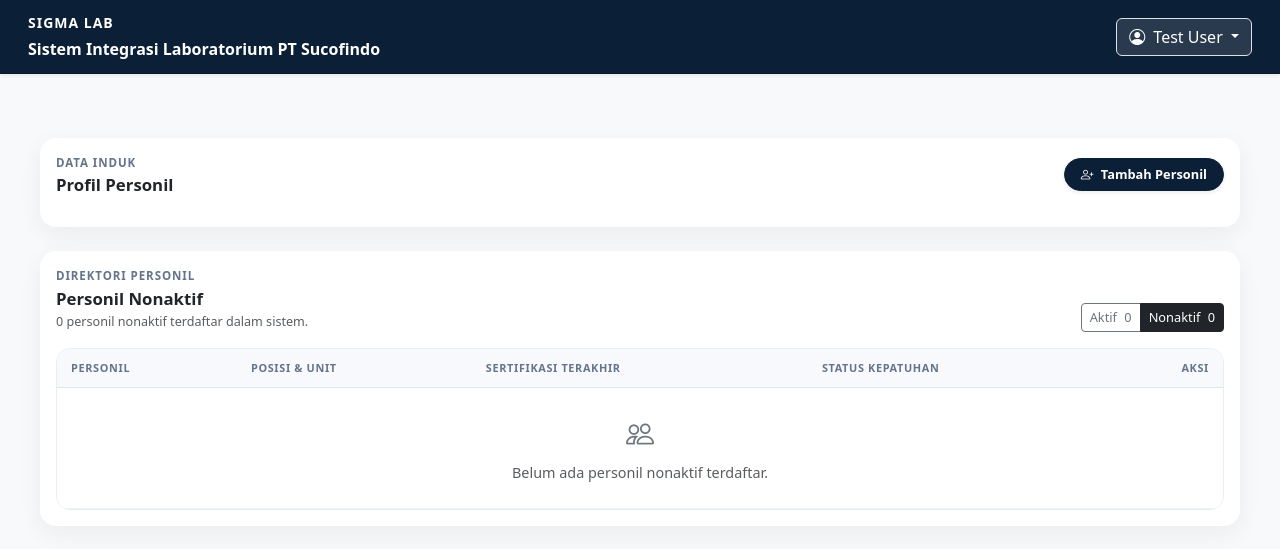
Repository: amelianeesa/sigmalab
Page: http://localhost/sdm?status=nonaktif
The author's editor kept a copy of each file at every save. The page is drawn from the files as they stood at one save, then again after the next save.
The browser window is 1280 px wide. The pictures show the whole page.
The page is served by the project's Laravel application, run on PHP 8.4 with Laravel 12. A made-up administrator, Test User (test@example.com), is signed in. Queries for data that is not in the repository find no rows.

Above is the page before, as saved 2026-08-06 13:11:27.

After the next save:
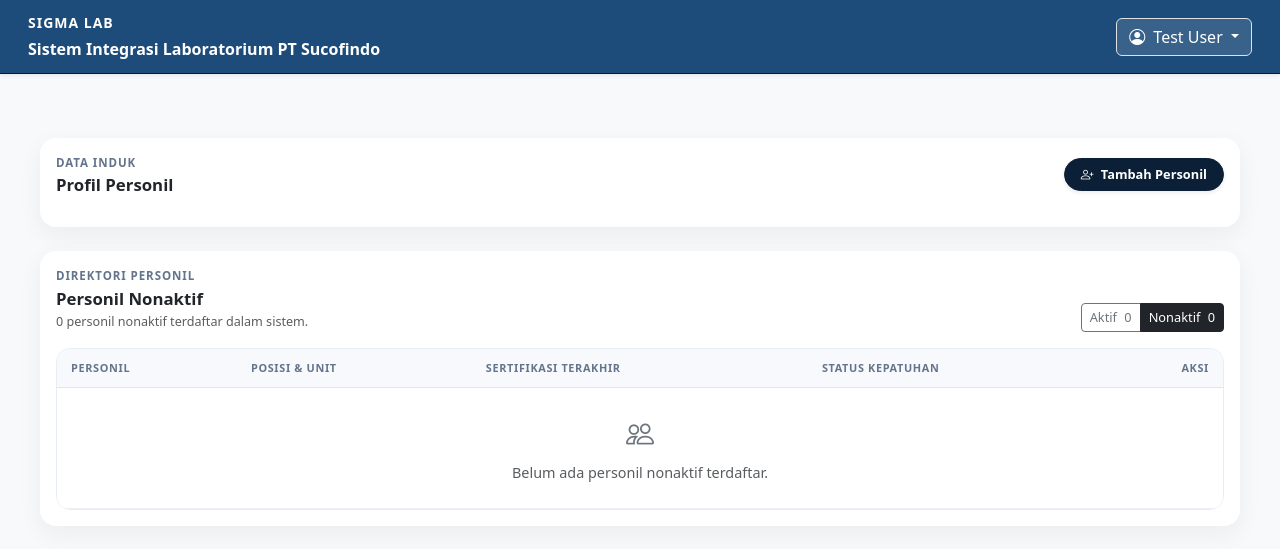
Saved 60 s later.
--- a/resources/views/layouts/app.blade.php
+++ b/resources/views/layouts/app.blade.php
@@ -13,9 +13,9 @@
 
         :root{
             --sdm-50: #eef0f1;
-            --sdm-500: #0b1f36;
-            --sdm-600: #0b1f36;
-            --sdm-700: #12385d;
+            --sdm-500: #1d4c7a;
+            --sdm-600: #1d4c7a;
+            --sdm-700: #163d63;
         }
 
         #content {
